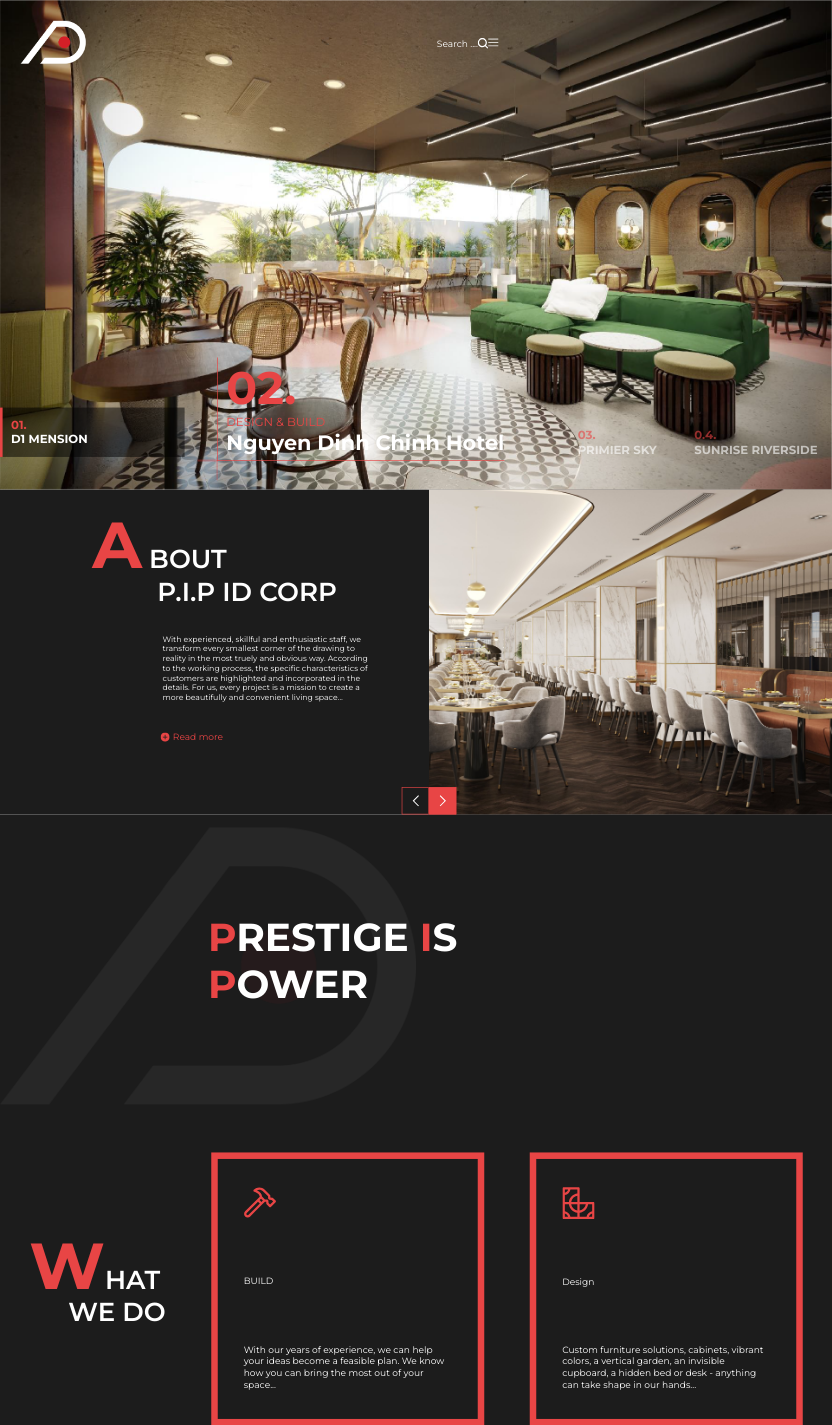
Repository: huudang2840/pipHomePage
Page: index.html
These files come from the project's save history. The page is drawn as it stood at one moment and after the next save; the edit follows.
The browser window is 1280 px wide. The pictures show the whole page, at 65% of full size.

Above is the page before, as saved 2023-03-21 15:15:06.

### index.html
<!DOCTYPE html>
<html lang="en">
  <head>
    <meta charset="UTF-8" />
    <meta http-equiv="X-UA-Compatible" content="IE=edge" />
    <meta name="viewport" content="width=device-width, initial-scale=1.0" />
    <title>Pip Home Page</title>

    <!-- CSS -->
    <link rel="stylesheet" href="style/style.css" />

    <!-- Fonts -->
    <link rel="preconnect" href="https://fonts.googleapis.com" />
    <link rel="preconnect" href="https://fonts.gstatic.com" crossorigin />
    <link
      href="https://fonts.googleapis.com/css2?family=Montserrat:wght@400;600;700&display=swap"
      rel="stylesheet"
    />
  </head>
  <body>
    <!-- Header -->
    <header class="header">
      <div class="header__img">
        <img src="/img/logo.png" alt="" />
      </div>
      <div class="header__option">
        <div class="option__search">
          <p>Search ....</p>
          <svg
            width="16"
            height="17"
            viewBox="0 0 16 17"
            fill="none"
            xmlns="http://www.w3.org/2000/svg"
          >
            <path
              d="M15.7189 14.9442L12.6438 11.8691C13.5758 10.6491 14.0869 9.16936 14.0871 7.60786C14.0871 5.72609 13.3542 3.95682 12.0234 2.62623C10.6928 1.29564 8.92376 0.562744 7.04176 0.562744C5.15999 0.562744 3.39072 1.29564 2.06013 2.62623C-0.68671 5.3733 -0.68671 9.84287 2.06013 12.5895C3.39072 13.9203 5.15999 14.6532 7.04176 14.6532C8.60326 14.653 10.0831 14.1419 11.3031 13.2099L14.3781 16.285C14.563 16.4701 14.8059 16.5627 15.0485 16.5627C15.2911 16.5627 15.5339 16.4701 15.7189 16.285C16.0892 15.9148 16.0892 15.3143 15.7189 14.9442ZM3.40091 11.2487C1.39344 9.24124 1.39368 5.97471 3.40091 3.96701C4.37339 2.99476 5.66649 2.4591 7.04176 2.4591C8.41726 2.4591 9.71012 2.99476 10.6826 3.96701C11.6551 4.93949 12.1908 6.23258 12.1908 7.60786C12.1908 8.98336 11.6551 10.2762 10.6826 11.2487C9.71012 12.2212 8.41726 12.7568 7.04176 12.7568C5.66649 12.7568 4.37339 12.2212 3.40091 11.2487Z"
              fill="white"
            />
          </svg>
        </div>
        <div class="option__lang"></div>
        <div class="option__menu">
          <svg
            width="16"
            height="13"
            viewBox="0 0 16 13"
            fill="none"
            xmlns="http://www.w3.org/2000/svg"
          >
            <path
              d="M16 10.9167V12.25H0V10.9167H16ZM16 5.58333V6.91667H0V5.58333H16ZM16 0.25V1.58333H0V0.25H16Z"
              fill="white"
            />
          </svg>
        </div>
        <div class="option__share"></div>
      </div>
    </header>

    <!-- Main -->
    <section>
      <div class="intro">
        <div class="intro__background">
          <img src="/img/page1.png" alt="" srcset="" id="masked" />
        </div>
        <div class="intro__list">
          <div class="list__left">
            <div>
              <span>
                <p>01.</p>
                <p>D1 Mension</p>
              </span>
            </div>
            <div>
              <span id="active_intro">
                <h1>02.</h1>
                <p>Design & build</p>
                <h1>Nguyen Dinh Chinh Hotel</h1>
                <div class="border__box"></div>
              </span>
            </div>
          </div>

          <div class="list__right">
            <div>
              <span>
                <p>03.</p>
                <p>Primier Sky</p>
              </span>
            </div>
            <div>
              <span>
                <p>0.4.</p>
                <p>Sunrise Riverside</p>
              </span>
            </div>
          </div>
        </div>
      </div>
      <div class="about">
        <div class="about__left">
          <span>
            <span>
              <h1><span class="text-red">A</span> bout</h1>
            </span>
            <h1 class="ml-100">P.I.P ID CORP</h1>
          </span>
          <span class="about__left__textaera">
            <p>
              With experienced, skillful and enthusiastic staff, we transform every smallest corner
              of the drawing to reality in the most truely and obvious way. According to the working
              process, the specific characteristics of customers are highlighted and incorporated in
              the details. For us, every project is a mission to create a more beautifully and
              convenient living space…
            </p>
          </span>
          <div class="read-more">
            <svg
              width="14"
              height="14"
              viewBox="0 0 14 14"
              fill="none"
              xmlns="http://www.w3.org/2000/svg"
            >
              <path
                d="M7 0C3.14005 0 0 3.14005 0 7C0 10.86 3.14005 14 7 14C10.86 14 14 10.86 14 7C14 3.14005 10.86 0 7 0ZM10.0625 7.5833H7.5833V10.0625C7.5833 10.3845 7.32204 10.6458 7 10.6458C6.67796 10.6458 6.4167 10.3845 6.4167 10.0625V7.5833H3.9375C3.61546 7.5833 3.3542 7.32204 3.3542 7C3.3542 6.67796 3.61546 6.4167 3.9375 6.4167H6.4167V3.9375C6.4167 3.61546 6.67796 3.3542 7 3.3542C7.32204 3.3542 7.5833 3.61546 7.5833 3.9375V6.4167H10.0625C10.3845 6.4167 10.6458 6.67796 10.6458 7C10.6458 7.32204 10.3845 7.5833 10.0625 7.5833Z"
                fill="#E84545"
              />
            </svg>
            <p>Read more</p>
          </div>
          <div class="arrow_prev">
            <svg
              width="11"
              height="18"
              viewBox="0 0 11 18"
              fill="none"
              xmlns="http://www.w3.org/2000/svg"
            >
              <path d="M10 17L2 9L10 1" stroke="white" stroke-width="1.6" />
            </svg>
          </div>
        </div>
        <div class="about__right">
          <img src="/img/about.jpeg" alt="" />
          <div class="arrow_next">
            <svg
              width="11"
              height="18"
              viewBox="0 0 11 18"
              fill="none"
              xmlns="http://www.w3.org/2000/svg"
            >
              <path d="M1 1L9 9L1 17" stroke="white" stroke-width="1.6" />
            </svg>
          </div>
        </div>
      </div>
      <div class="wedo">
        <div class="wedo__top">
          <div class="wedo__top__logo">
            <img src="/img/logo2.png" alt="" srcset="" />
          </div>
          <h2 class="wedo__top__text"><span>P</span>restige <span>i</span>s <span>P</span>ower</h2>
        </div>
        <div class="wedo__bottom">
          <span>
            <h1 class="wedo__bottom__text"><span class="text-red">W</span>hat</h1>
            <h1 class="wedo__bottom__text">We do</h1>
          </span>

          <div class="wedo__bottom__item selected">
            <!-- <img src="/img/wedo1.png" alt="" /> -->
            <svg
              width="50"
              height="48"
              viewBox="0 0 50 48"
              fill="none"
              xmlns="http://www.w3.org/2000/svg"
            >
              <path
                d="M48.9873 21.1033L44.931 17.0479C44.6268 16.7437 44.2209 16.5625 43.7911 16.5386L40.962 16.3804L40.8901 13.6863C40.8782 13.2385 40.6953 12.8113 40.3783 12.4951L32.3717 4.48853C30.1056 2.22241 27.0927 0.973145 23.8875 0.973145C23.8849 0.973145 23.8823 0.973145 23.8798 0.973145C20.6754 0.974854 17.6633 2.22412 15.3989 4.48853C14.9683 4.91919 14.7922 5.54126 14.9341 6.13257C15.0759 6.72559 15.5151 7.20068 16.0936 7.39038C22.7092 9.54797 24.1731 12.4049 24.6757 15.0402L2.11755 37.5984C-0.0357666 39.7517 -0.0357666 43.2551 2.11755 45.4084C4.27087 47.5618 7.77429 47.5618 9.92761 45.4084L28.4667 26.8694C28.4674 26.8686 28.4685 26.8684 28.4692 26.8677C28.47 26.8669 28.4702 26.8659 28.4709 26.8651L32.5843 22.7518L34.5305 22.804L34.6976 25.6372C34.7224 26.0645 34.9036 26.4695 35.2069 26.772L39.2632 30.8274C39.605 31.1692 40.0527 31.3401 40.5005 31.3401C40.9482 31.3401 41.396 31.1692 41.7378 30.8274L48.9873 23.5779C49.3154 23.2498 49.5 22.8054 49.5 22.3406C49.5 21.8757 49.3154 21.4314 48.9873 21.1033ZM38.1523 24.7673L37.978 21.8125C37.9532 21.3853 37.7721 20.9802 37.4688 20.6777L36.6296 19.8386C36.285 19.5467 35.8884 19.3765 35.4393 19.3259L32.6357 19.2507L28.1915 14.8074C27.6429 11.4988 26.0912 7.94067 20.2883 5.26782C21.3983 4.74829 22.6194 4.47485 23.8823 4.47314H23.8875C26.157 4.47314 28.2915 5.35669 29.8971 6.96313L37.4106 14.4758L37.4858 17.3025C37.5493 17.7349 37.6595 18.1839 37.9918 18.4919L37.9952 18.4886C37.9967 18.4901 37.997 18.4922 37.9985 18.4937L38.8265 19.3208C39.1307 19.625 39.5366 19.8062 39.9656 19.8301L42.929 19.9958L45.2754 22.3406L40.5005 27.1155L38.1523 24.7673ZM7.453 42.9338C6.66345 43.7234 5.38171 43.7234 4.59216 42.9338C3.80347 42.1443 3.80347 40.8625 4.59216 40.073L21.8961 22.7691L24.7569 25.6299L7.453 42.9338ZM27.2315 23.1553L24.3707 20.2945L26.5492 18.116L29.41 20.9768L27.2315 23.1553Z"
                fill="#E84545"
              />
            </svg>
            <h3>BUILD</h3>
            <p>
              With our years of experience, we can help your ideas become a feasible plan. We know
              how you can bring the most out of your space...
            </p>
          </div>
          <div class="wedo__bottom__item">
            <svg
              width="50"
              height="50"
              viewBox="0 0 50 50"
              fill="none"
              xmlns="http://www.w3.org/2000/svg"
            >
              <path
                d="M47.75 23.25H26.75V2.25C26.75 1.28357 25.9664 0.5 25 0.5H2.25C1.28357 0.5 0.5 1.28357 0.5 2.25V47.75C0.5 48.7164 1.28357 49.5 2.25 49.5H47.75C48.7164 49.5 49.5 48.7164 49.5 47.75V39V25C49.5 24.0336 48.7164 23.25 47.75 23.25ZM46 37.4081C41.6125 38.1488 38.1488 41.6125 37.4081 46H26.75V39.7627C33.554 38.9605 38.9605 33.554 39.7627 26.75H46V37.4081ZM46 46H40.9713C41.6062 43.5433 43.5433 41.6062 46 40.9713V46ZM4 12.5919C8.3875 11.8512 11.8512 8.3875 12.5919 4H23.25V10.2373C16.446 11.0395 11.0395 16.446 10.2373 23.25H4V12.5919ZM4 4H9.02869C8.3938 6.45667 6.45667 8.3938 4 9.02869V4ZM23.25 26.75V36.226C18.3799 35.4688 14.5312 31.6201 13.774 26.75H23.25ZM26.75 26.75H36.2408C35.4855 31.6218 31.6204 35.4564 26.75 36.2148V26.75ZM23.25 23.25H13.7852C14.5436 18.3796 18.3782 14.5145 23.25 13.7592V23.25ZM4 46V40.9713C6.45667 41.6062 8.3938 43.5433 9.02869 46H4ZM4 37.4081V26.75H10.2373C11.0395 33.554 16.446 38.9605 23.25 39.7627V46H12.5919C11.8512 41.6125 8.3875 38.1488 4 37.4081Z"
                fill="#E84545"
              />
            </svg>
            <h3>Design</h3>
            <p>
              Custom furniture solutions, cabinets, vibrant colors, a vertical garden, an invisible
              cupboard, a hidden bed or desk - anything can take shape in our hands...
            </p>
          </div>
        </div>
      </div>
      <div class="projects"></div>
      <div class="customer"></div>
      <div class="contact"></div>
    </section>

    <!-- Footer -->
    <footer></footer>
  </body>
  <script src="/js/index.js"></script>
</html>

### style/style.css
:root {
  --color-bg: #1c1c1c;
  --color-red: #e84545;
}
* {
  margin: 0;
  padding: 0;
  color: white;
  font-family: "Montserrat", sans-serif;
  font-size: 14px;
  font-weight: 400;
  list-style: none;
}
/* Header */
.header {
  position: fixed;
  display: flex;
  width: 100%;
  background-color: transparent;
  justify-content: space-between;
  align-items: center;
  z-index: 10;
  padding: 32px;
}
.header__img {
  flex: 1;
}
.header__img > img {
  width: 100px;
  height: 66px;
}
#masked {
  z-index: 10;
  /* background-color: black; */
  /* background: radial-gradient(50% 50% at 50% 50%, rgba(0, 0, 0, 0) 0%, #000000 100%); */

  /* -webkit-mask-image: radial-gradient(
    circle at 50% 50%,
    rgb(0, 0, 0) 40%,
    rgba(0, 0, 0, 0.617) 70%
  ); */

  /* -webkit-mask-image: radial-gradient(circle at center, red 0, blue, green 100%); */
}

.header__option {
  flex: 1;
  width: 100px;
  height: 66px;
  display: flex;
  align-items: center;
}

.option__search {
  display: flex;
}
.option__menu {
  width: 50px;
}

/* Intro */
.intro {
  position: relative;
}
.intro__background {
  height: 100%;
  width: 100%;
}

.intro__background > img {
  width: 100%;
  object-fit: cover;
  display: block;
}
.intro__list {
  display: flex;
  width: 100%;
  position: absolute;
  bottom: 50px;
  justify-content: space-between;
}

.intro__list span {
  height: 100%;
  display: flex;
  flex-direction: column;
  justify-content: center;
  padding-left: 13px;
}
.intro__list span > * {
  font-size: 18px;
  font-weight: 700;
  text-transform: uppercase;
  z-index: 10;
}
.intro__list span > p:nth-child(1) {
  color: var(--color-red);
}
.list__left {
  display: flex;
  flex: 2;
}
.list__left div:nth-child(1) {
  height: 76px;
  width: 280px;
  align-self: end;
  border-left: 4px solid var(--color-red);
  background: rgb(0, 0, 0, 0.5);
}

.list__right {
  display: flex;
  flex: 1;
  align-self: flex-end;
  opacity: 0.6;
  justify-content: space-around;
}

#active_intro {
  margin-left: 50px;
  border-bottom: 1px solid var(--color-red);
  border-left: 1px solid var(--color-red);
  position: relative;
  padding-bottom: 5px;
}
#active_intro h1:nth-child(1) {
  font-size: 70px;
  color: var(--color-red);
}
#active_intro p {
  font-size: 18px;
  font-weight: 400;
  color: var(--color-red);
}
#active_intro h1:nth-child(3) {
  font-size: 32px;
  text-transform: none;
}

.border__box {
  position: absolute;
  left: -31px;
  bottom: -31px;
  height: 30px;
  width: 30px;
  border-top: 1px solid var(--color-red);
  border-right: 1px solid var(--color-red);
}
/* About */
.about {
  background-color: var(--color-bg);
  display: flex;
  height: 500px;
}
.about__left {
  flex: 1;
  padding-top: 60px;
  display: flex;
  flex-direction: column;
  align-items: center;
  position: relative;
}
.arrow_prev {
  display: flex;
  position: absolute;
  height: 40px;
  width: 40px;
  border: 1.6px solid var(--color-red);
  align-items: center;
  justify-content: center;
  bottom: 0;
  right: 0;
}
.text-red {
  font-weight: 700;
  font-size: 100px;
  /* line-height: 195px; */
  color: var(--color-red);
}
.about__left h1 {
  font-weight: 600;
  font-size: 40px;
  text-transform: uppercase;
  line-height: 50px;
}
.text-about {
  display: flex;
}
.about__right {
  flex: 1;
  position: relative;
}
.arrow_next {
  display: flex;
  position: absolute;
  height: 40px;
  width: 40px;
  border: 1.6px solid var(--color-red);
  background-color: var(--color-red);
  align-items: center;
  justify-content: center;
  bottom: 0;
  left: 1;
}
.about__right > img {
  height: 100%;
  width: 100%;
  object-fit: cover;
}
.about__left__textaera {
  margin-top: 40px;
}
.about__left__textaera p {
  margin-left: 250px;
  margin-right: 90px;
  width: 320px;
  overflow-wrap: break-word;
  font-size: 12px;
}
.read-more {
  display: flex;
  margin-top: 45px;
  margin-right: 70px;
  align-items: center;
}
.read-more p {
  margin-left: 5px;
  color: var(--color-red);
}
.ml-100 {
  margin-left: 100px;
}

/* Wedo */
.wedo {
  background-color: var(--color-bg);
}
.wedo__top {
  position: relative;
  width: 100%;
}

.wedo__top__logo {
  padding-top: 20px;
  opacity: 0.05;
  width: 50%;
}
.wedo__top__text {
  position: absolute;
  top: 50%;
  left: 50%;
  /* width: 100%; */
  transform: translate(-50%, -50%);
  font-weight: 700;
  font-size: 60px;
  text-transform: uppercase;
}

.wedo__top__text span {
  font-weight: 700;
  font-size: 60px;
  color: var(--color-red);
}

.wedo__top__logo img {
  width: 100%;
  height: 100%;
}
.wedo__bottom {
  display: flex;
  align-items: center;
  justify-content: center;
  padding-top: 70px;
}
.wedo__bottom__text:nth-child(2) {
  margin-left: 60px;
}
.wedo__bottom__item {
  height: 400px;
  width: 400px;
  border: 10px solid var(--color-red);
  margin-left: 70px;
  display: flex;
  flex-direction: column;
  justify-content: space-around;
}
.wedo__bottom__item > * {
  padding: 40px;
}
.wedo__bottom__item h3 {
  padding: 40px;
}

.wedo__bottom h1 {
  font-weight: 600;
  font-size: 40px;
  text-transform: uppercase;
  line-height: 50px;
}

Loaded but not shown: js/index.js (no copy from this time; the picture is the same without it)

After the next save:
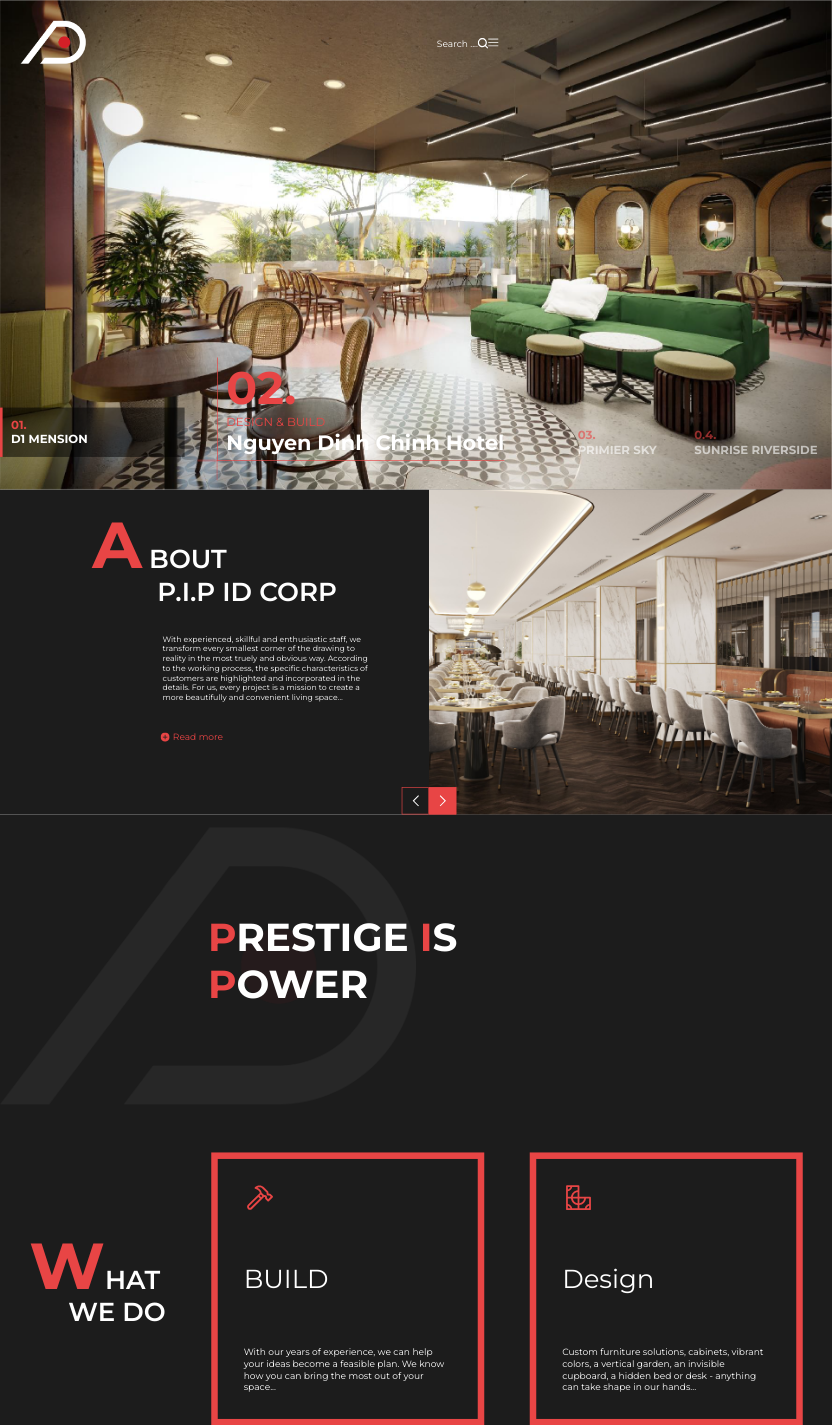
Saved 12 s later.
--- a/style/style.css
+++ b/style/style.css
@@ -288,7 +288,7 @@
   padding: 40px;
 }
 .wedo__bottom__item h3 {
-  padding: 40px;
+  font-size: 40px;
 }
 
 .wedo__bottom h1 {
